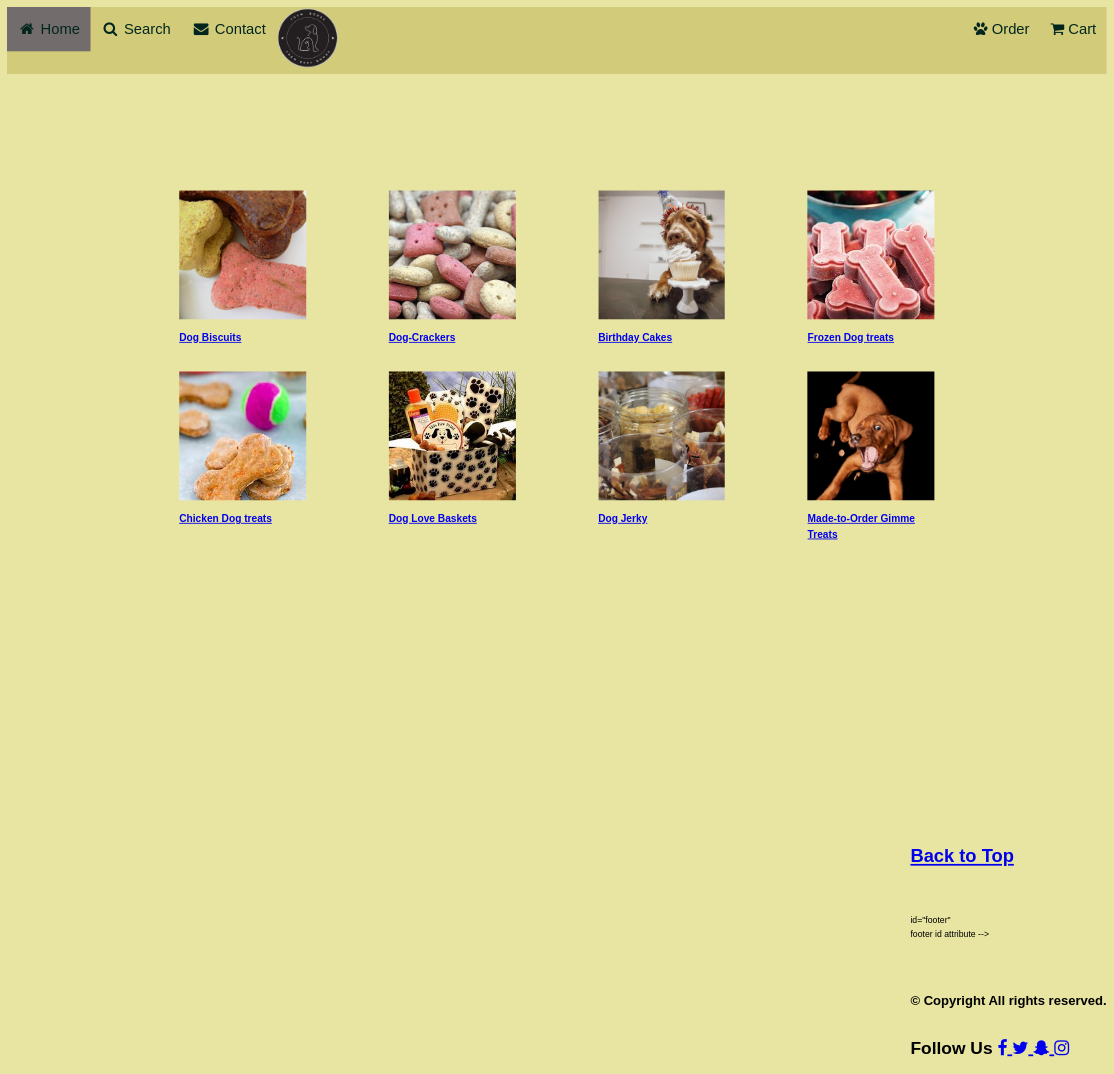
Repository: vgoins-RA2022/HTML-1
Page: index.html
An editor plug-in stored every save of this project. The page is shown before and after the next save, followed by the edit.
The browser window is 1280 px wide. The pictures show the whole page, at 87% of full size.

Above is the page before, as saved 2023-01-21 18:44:20.

After the next save:
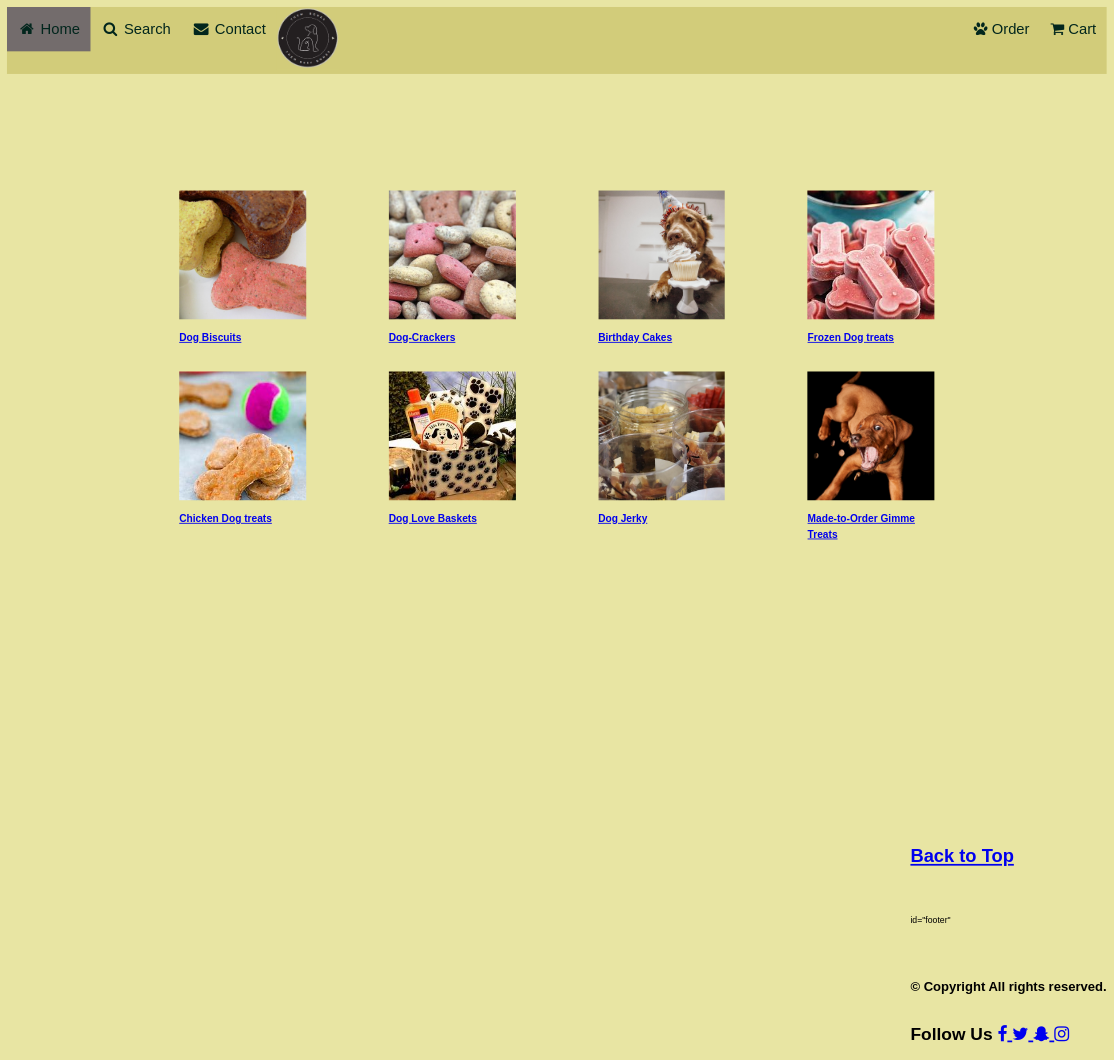
Saved 5 s later.
--- a/index.html
+++ b/index.html
@@ -86,7 +86,7 @@
 </body>
 
 <footer>
-  <div> id="footer"</div>  footer id attribute -->
+  <div> id="footer"</div>  <!-- footer id attribute -->
   <!-- setup top navigator bar in the footer of copywright and social media icons -->
   <div class="right"></div>
     <p class="copyright"> <h2>&copy; Copyright All rights reserved.</h2> </p>
